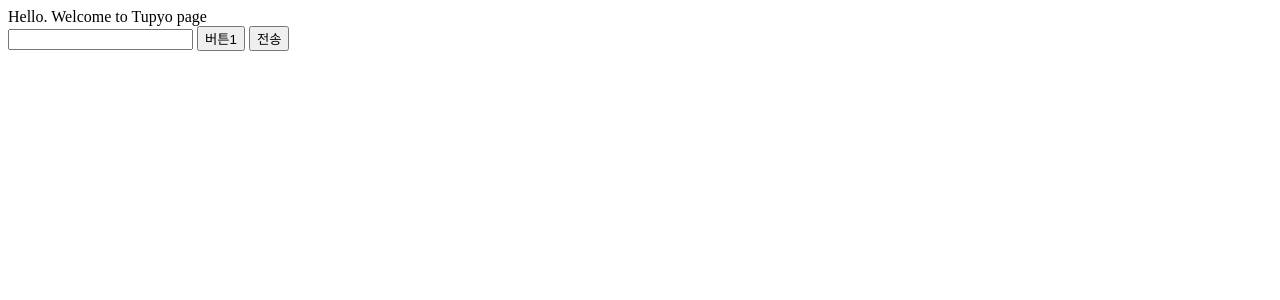
Repository: noheul1030/KOPO-HTML
Page: Tupyo/src/main/webapp/index.html
An editor plug-in stored every save of this project. The page is shown before and after the next save, followed by the edit.
The browser window is 1280 px wide. The pictures show the whole page.

Above is the page before, as saved 2023-06-03 12:06:53.

After the next save:
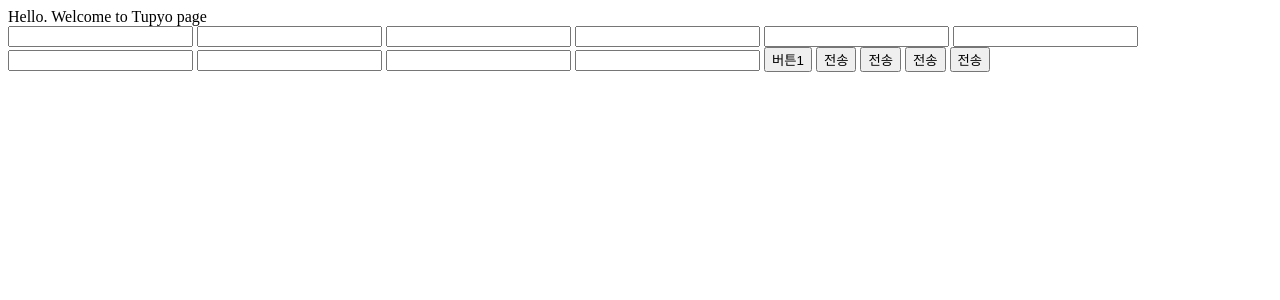
Saved 6 min 9 s later.
--- a/Tupyo/src/main/webapp/index.html
+++ b/Tupyo/src/main/webapp/index.html
@@ -8,18 +8,35 @@
 
 function clickBtn() {
 	//alert("버튼이 클릭되었습니다.");
-	document.action="index2.html";
-	document.form1.submit();
+	document.form2.txtName1.value = document.form.txtName1.value;
+	document.form2.txtName2.value = document.form.txtName2.value;
+	document.form2.action="index2.html";
+	document.form2.submit();
 }
 
 </script>
 <body>
 Hello. Welcome to Tupyo page<br>
-<form name="form1" method="get">
-<input type="text" name="txtName">
+<form name="form" method="get">
+<input type="text" name="txtName1">
+<input type="text" name="txtName2">
+<input type="text" name="txtName3">
+<input type="text" name="txtName4">
+<input type="text" name="txtName5">
+<input type="text" name="txtName6">
+<input type="text" name="txtName7">
+<input type="text" name="txtName8">
+<input type="text" name="txtName9">
+<input type="text" name="txtName0">
 <input type="button" name="btn1" value="버튼1" onclick="clickBtn();">
-<input type="submit" name="btnSubmit" value="전송" formaction = "index.html">
-<intput type
+<input type="submit" name="btnSubmit" value="전송" formaction = "index1.html">
+<input type="submit" name="btnSubmit" value="전송" formaction = "index2.html">
+<input type="submit" name="btnSubmit" value="전송" formaction = "index3.html">
+<input type="submit" name="btnSubmit" value="전송" formaction = "index4.html">
+</form>
+<form name="form2" method="get">
+  <input type="hidden" name="txtName1">
+  <input type="hidden" name="txtName2">
 </form>
 </body>
 </html>
